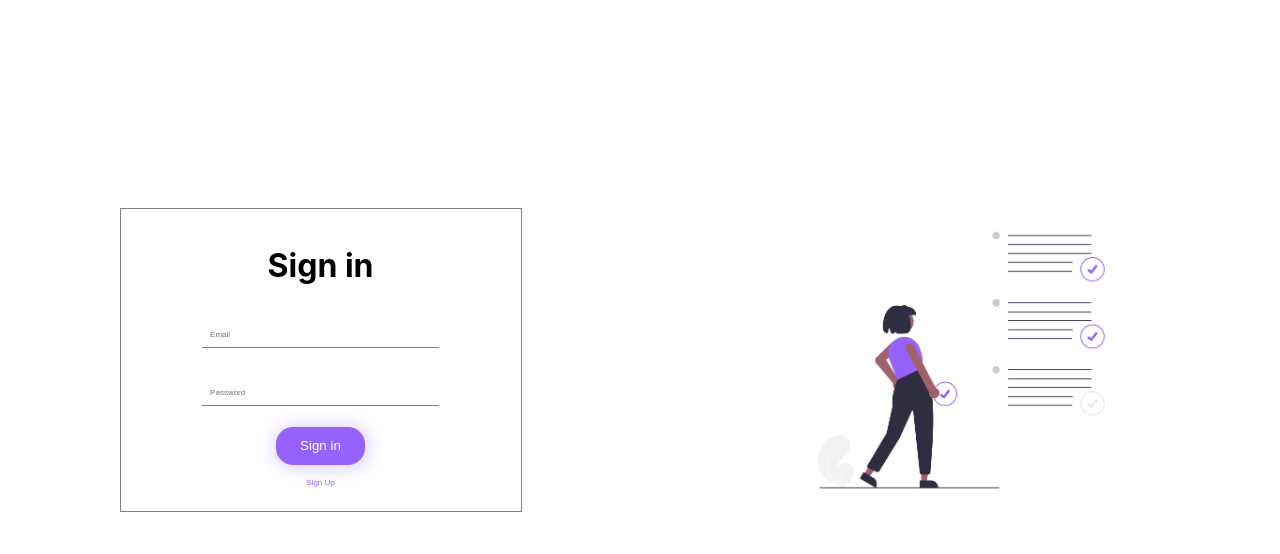
Repository: EEOOOO/wanted-pre-onboarding-fe
Page: / (app in to-do-list-app/)
These files come from the project's save history. The page is drawn as it stood at one moment and after the next save; the edit follows.
The browser window is 1280 px wide. The pictures show the whole page.
The project was rebuilt for these pictures with package versions that can differ from the ones it lists, and the page was loaded fresh each time. Also part of the build but not shown: to-do-list-app/src/components/sign_up/sign_up.module.css, to-do-list-app/src/components/sign_up/sign_up.jsx, to-do-list-app/src/components/todoList/todo_list.jsx.

Above is the page before, as saved 2022-08-22 00:38:52.

### to-do-list-app/public/index.html
<!DOCTYPE html>
<html lang="en">
  <head>
    <meta charset="utf-8" />
    <link rel="icon" href="%PUBLIC_URL%/logo.png" />
    <meta name="viewport" content="width=device-width, initial-scale=1" />
    <meta name="theme-color" content="#000000" />
    <meta
      name="description"
      content="Web site created using create-react-app"
    />
    <link rel="apple-touch-icon" href="%PUBLIC_URL%/logo.png" />
    <link rel="manifest" href="%PUBLIC_URL%/manifest.json" />
    <title>Todo List App</title>
  </head>
  <body>
    <div id="root"></div>
  </body>
</html>

### to-do-list-app/src/App.js
import style from './app.module.css';
import { Routes, Route } from 'react-router-dom'
import Login from './components/login/login';
import TodoList from './components/todoList/todo_list';

function App() {
  return <div className={style.App}>
    <Routes>
      <Route path="/" element={<Login/>}></Route>
      <Route path="todo" element={<TodoList/>}></Route>
    </Routes>
  </div>
}

export default App;

### to-do-list-app/src/components/login/login.jsx
import React, { useState } from 'react';
import SignIn from '../sign_in/sign_in';
import SignUp from '../sign_up/sign_up';
import style from '../login/login.module.css';
import loginImage from '../login/login_img.png';

const Login = (props) => {
    const goTosignUp = () => {
        setViewableScreen(<SignUp/>)
    }
    const signIn = <SignIn goToSignUp={goTosignUp}/>
    let [viewableScreen, setViewableScreen] = useState(signIn);
    return (
        <div className={style.login}>
            <div className={style.inputContainer}>{viewableScreen}</div>
            <img src={loginImage} className={style.coverImage}/>
        </div>
    )
}

export default Login;

### to-do-list-app/src/components/sign_in/sign_in.jsx
import React from 'react';
import LoginInputForm from '../login_input_form/login_input_form';
import style from '../sign_in/sign_in.module.css'

const SignIn = ({goToSignUp}) => {
    const handleSignInSubmit = (event) => {
        //event.preventDefault();
        console.log(event);
    }
    return(
        <div className={style.signIn}>
            <h1>Sign in</h1>
            <LoginInputForm handleSubmit={handleSignInSubmit} submitContent={'Sign in'}/>
            <button className={style.signUpButton} onClick={goToSignUp}>Sign Up</button>
        </div>
    )
}

export default SignIn;

### to-do-list-app/src/components/login/login.module.css
.login {
  display: flex;
  height: 100vh;
  justify-content: space-around;
  align-items: center;
}
.inputContainer {
  width: 50%;
  border: 1px solid gray;
  min-width: 235px;
  max-width: 400px;
}
.coverImage {
  width: 50%;
  min-width: 235px;
  max-width: 400px;
}

### to-do-list-app/src/components/login_input_form/login_input_form.jsx
import React from 'react';
import style from '../login_input_form/login_input_form.module.css';
const LoginInputForm = ({handleSubmit, submitContent}) => {
    return (
    <form className={style.inputForm} onSubmit={handleSubmit}>
        <div className={style.email}>
            <input
            type="text"
            className={style.inputEmail}
            placeholder='Email'></input>
        </div>
        <div className={style.password}>
            <input
            type="text"
            className={style.inputPassWord}
            placeholder='Password'></input>
        </div>
        <button type="submit" className={style.submitButton}>{submitContent}</button>
    </form>
    );
};

export default LoginInputForm;

### to-do-list-app/src/components/sign_in/sign_in.module.css
.signIn {
  padding: 1rem;
}
.signUpButton {
  background-color: transparent;
  border: none;
  padding: 0.5rem;
  color: rgb(149, 99, 251);
  font-size: 0.5rem;
}

### to-do-list-app/src/components/login_input_form/login_input_form.module.css
.email,
.password {
  display: flex;
  flex-direction: column;
  align-items: center;
}
input {
  width: 60%;
  font-size: 0.5rem;
  padding: 0.5rem;
  margin: 1rem;
  border: none;
  border-bottom: 0.5px solid gray;
}
.submitButton {
  background-color: rgb(149, 99, 251);
  color: white;
  border: none;
  padding: 0.7rem 1.5rem;
  border-radius: 17px;
  margin: 0.3rem;
  -webkit-box-shadow: 1px 1px 15px 5px rgba(149, 99, 251, 0.23);
  box-shadow: 1px 1px 15px 5px rgba(149, 99, 251, 0.23);
  cursor: pointer;
  transition: transform 200ms ease-in;
}
.submitButton:hover {
  transform: scale(1.05);
}

Loaded but not shown: to-do-list-app/src/index.js (common file); to-do-list-app/src/index.css (common file); to-do-list-app/src/reportWebVitals.js (common file); to-do-list-app/src/app.module.css (common file)

After the next save:
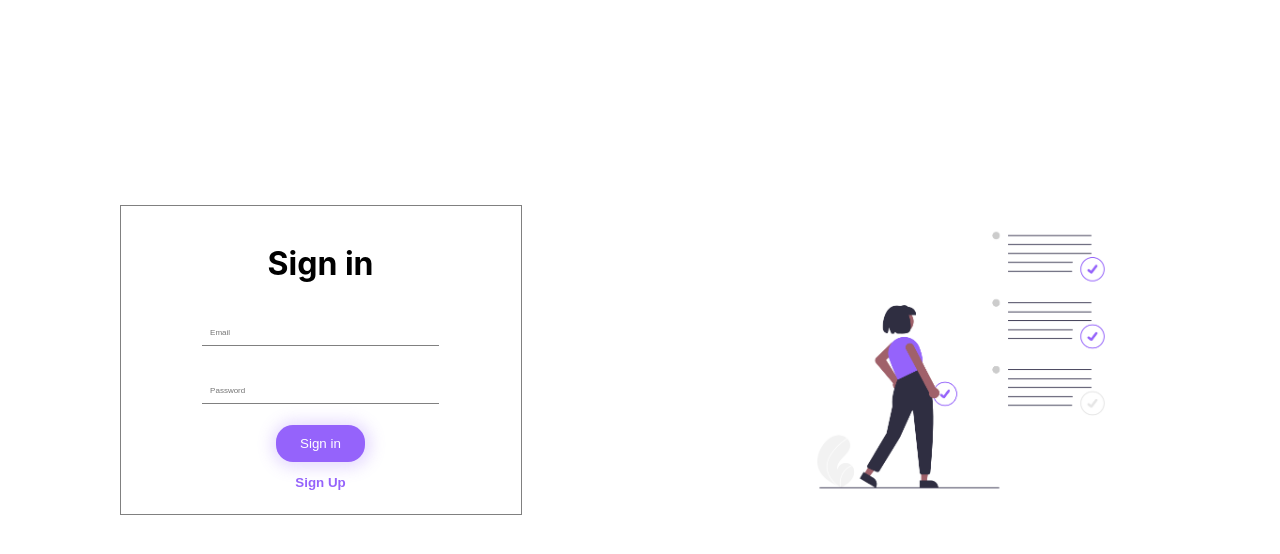
Saved 17 s later.
--- a/to-do-list-app/src/components/sign_in/sign_in.module.css
+++ b/to-do-list-app/src/components/sign_in/sign_in.module.css
@@ -6,5 +6,5 @@
   border: none;
   padding: 0.5rem;
   color: rgb(149, 99, 251);
-  font-size: 0.5rem;
+  font-weight: 600;
 }
